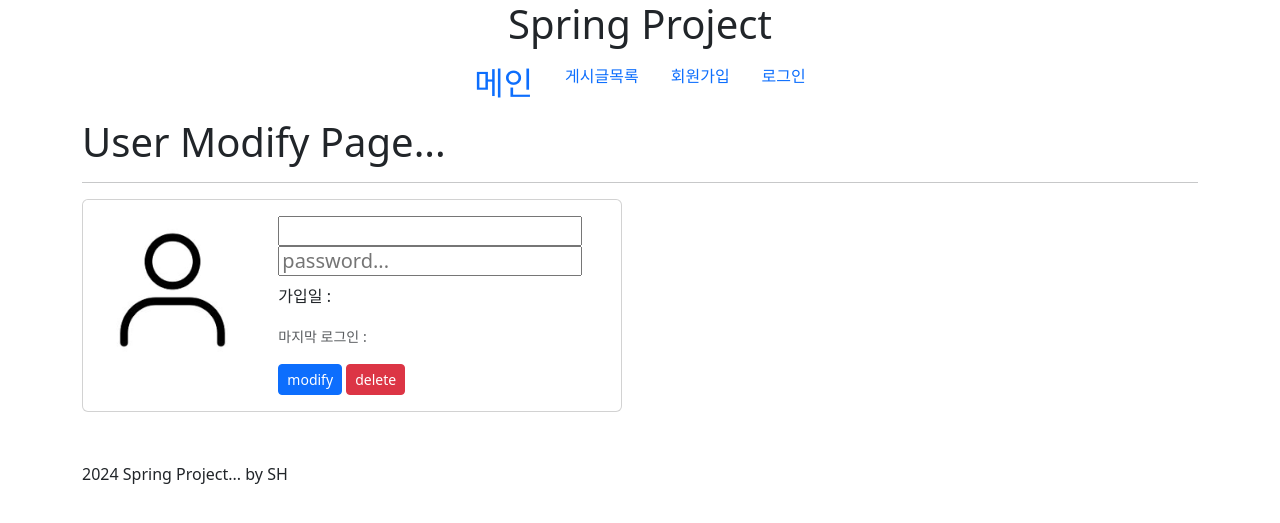
Repository: dtkd19/spring_personal_project
Page: http://localhost/myproject/WEB-INF/views/user/list.jsp
An editor plug-in stored every save of this project. The page is shown before and after a run of saves, followed by the edit.
The browser window is 1280 px wide. The pictures show the whole page.
The page is served by Tomcat 9. Nobody is signed in. Other server files are loaded and not shown. The template is opened directly, without the code that normally fills it, so the values that code supplies are empty.

Above is the page before, as saved 2024-11-08 03:29:32.

### myproject/src/main/webapp/WEB-INF/views/user/list.jsp
<%@ page language="java" contentType="text/html; charset=UTF-8"
    pageEncoding="UTF-8"%>
<%@ taglib uri="http://java.sun.com/jsp/jstl/core" prefix="c"%>
<%@ taglib uri="http://www.springframework.org/security/tags" prefix="sec" %>


<jsp:include page="../layout/header.jsp" />

	<div class="container-md">

	<h1>User Modify Page...</h1>
	<hr>

	<sec:authentication property="principal.uvo" var="uvo"/>
	<form action="/user/modify" method="post">
		<input type="hidden" name="email" value="${uvo.email }">
		<div class="card mb-3" style="max-width: 540px;">
			<div class="row g-0">
				<div class="col-md-4">
					<img src="/resources/image/사람2.png" class="img-fluid rounded-start"
						alt="...">
				</div>
				<div class="col-md-8">
					<div class="card-body">
						<h5 class="card-title">
							<input type="text" id="n" name="nickName" value="${uvo.nickName }">
							<input type="text" id="p" name="pwd" placeholder="password...">
						</h5>
						<c:forEach items="${uvo.authList }" var="avo">
							<span class="badge text-bg-info">${avo.auth }</span>
						</c:forEach>
						<p class="card-text">가입일 : ${uvo.regDate }</p>
						<p class="card-text">
							<small class="text-body-secondary">마지막 로그인 :
								${uvo.lastLogin }</small>
						</p>
						<button type="submit" class = "btn btn-primary btn-sm">modify</button>
						<a href="/user/delete"><button type="button" class = "btn btn-danger btn-sm">delete</button></a>
					</div>
				</div>
			</div>
		</div>
	</form>







	</div>

<jsp:include page="../layout/footer.jsp" />

### myproject/src/main/webapp/WEB-INF/views/layout/header.jsp
<%@ page language="java" contentType="text/html; charset=UTF-8"
    pageEncoding="UTF-8"%><%@ taglib uri="http://java.sun.com/jsp/jstl/core" prefix="c"%>

 <%@ taglib uri="http://www.springframework.org/security/tags" prefix="sec" %>

<!DOCTYPE html>
<html>
<head>
<meta charset="UTF-8">
<title>header.jsp</title>
<link href="https://cdn.jsdelivr.net/npm/bootstrap@5.3.3/dist/css/bootstrap.min.css" rel="stylesheet" integrity="sha384-QWTKZyjpPEjISv5WaRU9OFeRpok6YctnYmDr5pNlyT2bRjXh0JMhjY6hW+ALEwIH" crossorigin="anonymous">
<script src="https://cdn.jsdelivr.net/npm/bootstrap@5.3.3/dist/js/bootstrap.bundle.min.js" integrity="sha384-YvpcrYf0tY3lHB60NNkmXc5s9fDVZLESaAA55NDzOxhy9GkcIdslK1eN7N6jIeHz" crossorigin="anonymous"></script>
</head>
<body>
<div class="container-md">
<h1 style="text-align: center;">
	Spring Project
</h1>
<ul class="nav justify-content-center">
  <li class="nav-item">
    <h2><a class="nav-link active" aria-current="page" href="/">메인</a></h2>
  </li>
  <li class="nav-item">
    <a class="nav-link" href="/board/list">게시글목록</a>
  </li>
  <sec:authorize access="isAnonymous()">
  <li class="nav-item">
    <a class="nav-link" href="/user/register">회원가입</a>
  </li>
  <li class="nav-item">
    <a class="nav-link" href="/user/login">로그인</a>
  </li>
  </sec:authorize>

  <sec:authorize access="isAuthenticated()">
  <sec:authentication property="principal.uvo.authList" var="auths"/>
	  <li class="nav-item">
		  <a class="nav-link" href="/board/register">글쓰기</a>
	  </li>
	  <li class="nav-item">
		  <a class="nav-link" href="/user/mypage">내정보</a>
	  </li>
	  <c:if test="${auths.stream().anyMatch(authVO -> authVO.auth.equals('ROLE_ADMIN')).get()}">
	    <li class="nav-item">
	       <a class="nav-link text-danger" href="/user/list">유저관리</a>
	    </li>
	  </c:if>
	  <li class="nav-item">
		  <a class="nav-link" href="/user/logout">로그아웃</a>
	  </li>
  </sec:authorize>
</ul>


</div>
</body>
</html>

### myproject/src/main/webapp/WEB-INF/views/layout/footer.jsp
<%@ page language="java" contentType="text/html; charset=UTF-8"
    pageEncoding="UTF-8"%>
<%@ taglib uri="http://java.sun.com/jsp/jstl/core" prefix="c"%>

	<div class="container-md">
		<div style= "vertical-align: middle; margin-top: 50px" >
		2024 Spring Project... by SH
		</div>
	</div>
</body>
</html>

After the next 2 saves:
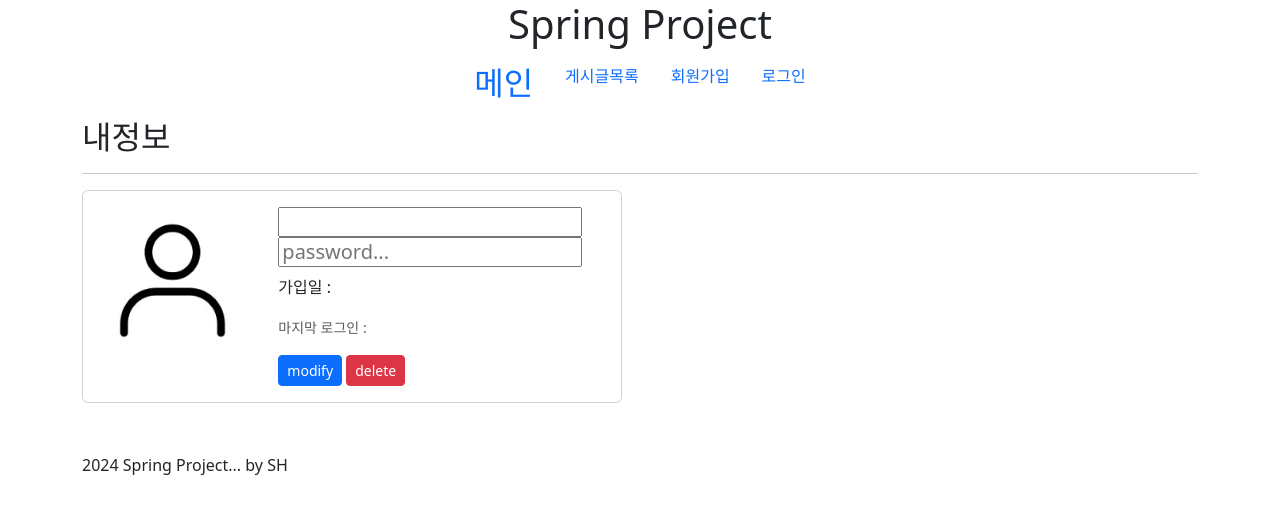
The 2 saves are shown as one change because they came seconds apart.
The last was saved 13 s later.
--- a/myproject/src/main/webapp/WEB-INF/views/user/list.jsp
+++ b/myproject/src/main/webapp/WEB-INF/views/user/list.jsp
@@ -8,7 +8,7 @@
 
 	<div class="container-md">
 
-	<h1>User Modify Page...</h1>
+	<h2> 내정보 </h2>
 	<hr>
 
 	<sec:authentication property="principal.uvo" var="uvo"/>
@@ -42,12 +42,6 @@
 		</div>
 	</form>
 
-
-
-
-
-
-
 	</div>
 
 <jsp:include page="../layout/footer.jsp" />
